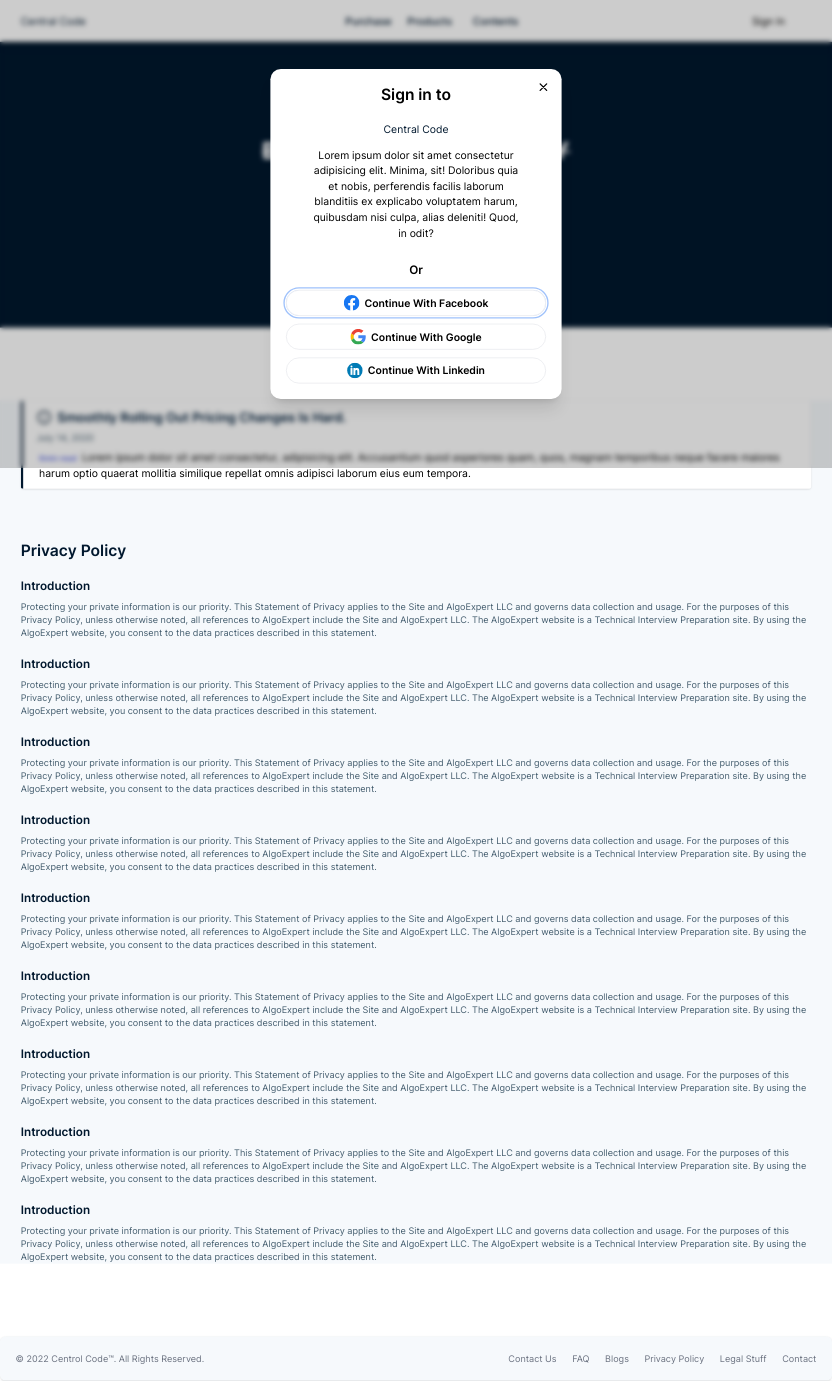
Repository: om1ars/Xjkey
Page: /privacy
These files come from the project's save history. The page is drawn as it stood at one moment and after the next save; the edit follows.
The browser window is 1280 px wide. The pictures show the whole page, at 65% of full size.
The project was rebuilt for these pictures with package versions that can differ from the ones it lists, and the page was loaded fresh each time. The framework's server and built-in components were replaced by stand-ins that run in the browser. Also part of the build but not shown: next.config.js.

Above is the page before, as saved 2022-03-20 23:54:20.

### src/pages/_app.tsx
import "@/css/fonts.css";
// Import Swiper styles
import "swiper/css";
import "swiper/css/free-mode";
import "swiper/css/scrollbar";
import "swiper/css/navigation";
//
import "@/css/main.scss";
import type { AppProps } from "next/app";
import { ThemeProvider } from "next-themes";
import { Header } from "@/components/Header";
import DefaultLayout from "@/layouts/DefaultLayout";
import Head from "next/head";

function MyApp({ Component, pageProps }: AppProps) {
  return (
    <>
      <Head>
        <link
          rel="stylesheet"
          href="https://cdn.jsdelivr.net/gh/devicons/devicon@latest/devicon.min.css"
        />
      </Head>
      <ThemeProvider attribute="class" defaultTheme="system">
        <DefaultLayout>
          <Component {...pageProps} />
        </DefaultLayout>
      </ThemeProvider>
    </>
  );
}

export default MyApp;

### src/pages/_document.tsx
import NextDocument, {
  Html,
  Head,
  Main,
  NextScript,
  DocumentContext,
} from 'next/document';

export default class Document extends NextDocument {
  static async getInitialProps(ctx: DocumentContext) {
    const initialProps = await NextDocument.getInitialProps(ctx);
    return { ...initialProps };
  }

  render() {
    return (
      <Html lang='en' className='dark'>
        <Head>
          <link href='/favicons/site.webmanifest' rel='manifest' />
          <link href='/favicons/favicon.ico' rel='shortcut icon' />
          <link
            href='/favicons/apple-touch-icon.png'
            rel='apple-touch-icon'
            sizes='180x180'
          />
          <link
            href='/favicons/favicon-32x32.png'
            rel='icon'
            sizes='32x32'
            type='image/png'
          />
          <link
            href='/favicons/favicon-16x16.png'
            rel='icon'
            sizes='16x16'
            type='image/png'
          />
          <link
            rel='mask-icon'
            href='/favicons/safari-pinned-tab.svg'
            color='#6366f1'
          />
          <meta content='#ffffff' name='theme-color' />
          <meta content='#ffffff' name='msapplication-TileColor' />
          <meta
            content='/favicons/browserconfig.xml'
            name='msapplication-config'
          />
        </Head>
        <body className='dark:highlight-white/5 bg-neutral-100 text-slate-900 antialiased dark:bg-gray-800 dark:text-white'>
          <Main />
          <NextScript />
        </body>
      </Html>
    );
  }
}

### src/css/fonts.css
@font-face {
  font-family: "Inter var";
  font-weight: 100 900;
  font-display: swap;
  font-style: normal;
  font-named-instance: "Regular";
  src: url("../fonts/Inter-roman-latin.var.woff2") format("woff2");
}

@font-face {
  font-family: "Inter var";
  font-weight: 100 900;
  font-display: swap;
  font-style: italic;
  font-named-instance: "Italic";
  src: url("../fonts/Inter-italic-latin.var.woff2") format("woff2");
}

### src/css/main.scss
@tailwind base;
@tailwind components;
@tailwind utilities;
@import "./flip-card.scss";
@import "node_modules/react-modal-video/scss/modal-video.scss";

@layer base {
  .dark {
    color-scheme: dark;
  }
}

/* styling Swiper default navigations elements */
.swiper-button-next {
  background-color: theme("colors.white");
  height: 40px;
  width: 40px;
  border-radius: 100px;
  box-shadow: theme("boxShadow.lg");
  transition: all;
  transition-duration: 150ms;
}

html.dark .swiper-button-next {
  background-color: theme("colors.mainBg");
}

.swiper-button-next:hover {
  background-color: theme("colors.mainBg");
}

html.dark .swiper-button-next:hover {
  background-color: theme("colors.mainBg");
}

.swiper-button-next::after {
  color: black;
  font-size: 1rem;
  font-weight: bold;
}
html.dark .swiper-button-next::after {
  color: theme("colors.white");
}

.swiper-button-prev {
  background-color: theme("colors.white");
  height: 40px;
  width: 40px;
  border-radius: 100px;
  box-shadow: theme("boxShadow.lg");
  transition: all;
  transition-duration: 150ms;
}

html.dark .swiper-button-prev {
  background-color: theme("colors.mainBg");
}

.swiper-button-prev:hover {
  background-color: theme("colors.mainBg");
}

html.dark .swiper-button-prev:hover {
  background-color: theme("colors.mainBg");
}

.swiper-button-prev::after {
  color: black;
  font-size: 1rem;
  font-weight: bold;
}
html.dark .swiper-button-prev::after {
  color: theme("colors.white");
}

html.dark .swiper-scrollbar {
  background: rgb(255, 255, 255, 0.2);
}
html.dark .swiper-scrollbar-drag {
  background: rgb(255, 255, 255, 0.6);
}
/* end of styling Swiper default navigations elements */

.front_main_drop:hover .front_sub_drop {
  display: block;
}
.back_main_drop:hover .back_sub_drop {
  display: block;
}

::-webkit-scrollbar {
  width: 4px;
}

/* Handle */
::-webkit-scrollbar-thumb {
  background: #626ee3;
  border-radius: 6px;
}

/* Handle on hover */
::-webkit-scrollbar-thumb:hover {
  background: #535DC5;
}

### src/layouts/DefaultLayout.tsx
import Footer from "@/components/Footer";
import { Header } from "@/components/Header";
import React, { FC } from "react";

export default function DefaultLayout({ children }: any) {
  return (
    <div>
      <Header />
      <main>{children}</main>
      <Footer />
    </div>
  );
}

### src/components/HomeComponents/Hero.tsx
import React, { useEffect, useState } from "react";
import Image from "next/image";
import { Transition } from "@headlessui/react";
import { Button, IconButton } from "../Button";

const Hero = ({ title, subtitle, line }: any) => {
  const [showBanner, setShowBanner] = useState(true);
  return (
    <>
      <div className="relative h-[640px] w-full bg-mainBg text-white sm:h-[55vh] md:h-[440px]">
        {/* <Image
          src="/img/corporate.jpg"
          alt="corporate"
          layout="fill"
          objectFit="cover"
        /> */}
        <div className="absolute inset-0 bg-neutral-900/70">
          <div className="mx-auto max-w-screen-lg">
            <div className="m-6 min-h-[60px]">

            </div>
            <div className="mx-4  mt-16 flex flex-col items-center text-center">
              <h1 className={`text-xl font-extrabold uppercase tracking-wide text-white sm:text-4xl md:text-3xl lg:text-4xl ${line && 'line-through	'}`}>
                {title}
              </h1>
              <span className="mt-6 text-xl text-white sm:text-2xl">
                {subtitle}
              </span>

              <div className="mt-8">
                {/* <SearchForm /> */}
              </div>
            </div>
          </div>
        </div>
      </div>
      {/* <HeroBottomCard /> */}
    </>
  );
};

export default Hero;

const HeroInnerBanner: React.FC<{ show: boolean; onClose: () => void }> = ({
  show,
  onClose,
}) => {
  return (
    <Transition
      show={show}
      enter="transition-opacity duration-75"
      enterFrom="opacity-0"
      enterTo="opacity-100"
      leave="transition-opacity duration-150"
      leaveFrom="opacity-100"
      leaveTo="opacity-0"
    >
      <div className="relative rounded bg-gradient-to-r from-purple-500 to-indigo-800 py-3 px-8 text-center text-white shadow-lg md:rounded-full">
        <p>
          Welcome to <span className="font-bold">HIREDLi</span>. An easier and
          faster job discovery platform.
        </p>
        <span className="absolute top-1 right-1 sm:top-2 sm:right-2">
          <IconButton
            aria-label="close banner"
            variant="ghost"
            size="sm"
            onClick={onClose}
          >
            <svg
              className="h-6 w-6"
              fill="none"
              viewBox="0 0 24 24"
              stroke="currentColor"
            >
              <path
                strokeLinecap="round"
                strokeLinejoin="round"
                strokeWidth={2}
                d="M6 18L18 6M6 6l12 12"
              />
            </svg>
          </IconButton>
        </span>
      </div>
    </Transition>
  );
};

const items = [
  "Algorithms adn DSA",
  "Advanced React.js",
  "Interview questions",
];

const SearchForm = () => {
  const [query, setQuery] = useState("");
  const [isDirty, setIsDirty] = useState(false);

  useEffect(() => {
    let index = 0;
    let interval = setInterval(() => {
      if (!isDirty) {
        let value = items[index >= items.length ? (index = 0) : index];
        setQuery(value);
      }
      index++;
    }, 2000);

    return () => {
      clearInterval(interval);
    };
  }, [isDirty]);

  return (
    <form
      className="group"
      onSubmit={(e) => {
        e.preventDefault();
      }}
    >
      <div
        id="form-control"
        className="flex items-center overflow-hidden rounded-full bg-white shadow-md group-focus-within:ring-2 group-focus-within:ring-indigo-400 group-focus-within:ring-offset-2 group-focus-within:ring-offset-transparent"
      >
        <span className="pointer-events-none block px-2 text-textBold group-focus-within:text-textBold">
          <svg
            className="h-6 w-6"
            fill="none"
            viewBox="0 0 24 24"
            stroke="currentColor"
          >
            <path
              strokeLinecap="round"
              strokeLinejoin="round"
              strokeWidth={2}
              d="M21 21l-6-6m2-5a7 7 0 11-14 0 7 7 0 0114 0z"
            />
          </svg>
        </span>
        <input
          className="w-full outline-none border-none appearance-none border-transparent p-2 text-xl leading-6 text-textBold placeholder-textBold focus:border-transparent focus:ring-0"
          type="text"
          aria-label="Search input"
          placeholder="Search for anything"
          onClick={() => {
            if (!isDirty) {
              setIsDirty(true);
              setQuery("");
            }
          }}
          value={query}
          onChange={(e) => setQuery(e.target.value)}
        />
        <button
          type="submit"
          className="hidden h-11 shrink-0  bg-buttonBg px-2 font-semibold text-white transition-colors duration-500 ease-in-out hover:bg-buttonHover sm:block"
        >
          Discover Now
        </button>
      </div>
      <Button size="lg" type="submit" className="mt-8 sm:hidden">
        Discover Now
      </Button>
    </form>
  );
};

### src/css/flip-card.scss
.algo_flip_card_container {
  width: 100%;
  padding: 40px;
  height: 100%;
  background: #02203c;
  //   display: flex;
  justify-content: center;
  align-items: center;
}
.services-box {
  display: flex;
  justify-content: center;
  align-items: center;
  flex-wrap: wrap;
}

.service {
  margin: 8px;
}

.flip-box {
  background-color: transparent;
  width: 300px;
  height: 200px;
  //   border: 1px solid #15314b;
  border-radius: 10px;
  perspective: 1000px;
}

.flip-box-inner {
  position: relative;
  width: 100%;
  height: 100%;
  text-align: center;
  transition: transform 0.4s;
  transform-style: preserve-3d;

  display: flex;
  justify-content: center;
  align-items: center;
}

.flip-box:hover .flip-box-inner {
  transform: rotateY(180deg);
}

.flip-box-front,
.flip-box-back {
  position: absolute;
  width: 100%;
  height: 100%;
  -webkit-backface-visibility: hidden;
  backface-visibility: hidden;

  display: flex;
  justify-content: center;
  align-items: center;
  flex-direction: column;
}

.flip-box-front {
  background-color: #15314b;
  color: white;
  border-radius: 4px;
}


.flip-box-front img {
  height: 50px;
  width: 50px;
}

.flip-box-back {
  background-color: #15314b;
  color: white;
  transform: rotateY(180deg);
  border-radius: 4px;
  padding: 16px;
}

### src/components/Footer.tsx
import Link from "next/link";
import React from "react";

export default function Footer() {
  return (
    <div>
      <footer className="mt-6 rounded-lg bg-whiteBg p-4 shadow dark:bg-gray-800 md:flex md:items-center md:justify-between md:p-6">
        <span className="text-sm text-gray-500 dark:text-gray-400 sm:text-center">
          © 2022{" "}
          <a href="https://flowbite.com" className="hover:underline">
            Centrol Code™
          </a>
          . All Rights Reserved.
        </span>
        <ul className="mt-3 flex flex-wrap items-center text-sm text-gray-500 dark:text-gray-400 sm:mt-0">
          <li>
            <div className="mr-4 hover:underline md:mr-6 ">
              <Link href="/help">Contact Us</Link>
            </div>
          </li>
          <li>
            <div className="mr-4 hover:underline md:mr-6 ">
              <Link href="/help">FAQ</Link>
            </div>
          </li>
          <li>
            <div className="mr-4 hover:underline md:mr-6 ">
              <Link href="/blog">Blogs</Link>
            </div>
          </li>
          <li>
            <a href="#" className="mr-4 hover:underline md:mr-6">
              <Link href="/privacy">Privacy Policy</Link>
            </a>
          </li>
          <li>
            <a href="#" className="mr-4 hover:underline md:mr-6">
              Legal Stuff
            </a>
          </li>
          <li>
            <a href="#" className="hover:underline">
              Contact
            </a>
          </li>
        </ul>
      </footer>
    </div>
  );
}

### src/components/Button/index.tsx
import React, { forwardRef } from "react";
import { __DEV__ } from "@/utils/assertions";

type BaseButtonProps = Omit<React.HTMLProps<HTMLButtonElement>, "size">;

/* === Button Element === */

export interface ButtonProps extends BaseButtonProps {
  children: React.ReactNode;
  fullWidth?: boolean;
  className?: string;
  variant?: "solid" | "outline" | "ghost";
  size?: "sm" | "md" | "lg";
  as?: string;
  isExternal?: boolean;
  type?: "button" | "submit" | "reset";
}

export const Button = forwardRef<HTMLButtonElement, ButtonProps>(
  (
    {
      children,
      variant = "solid",
      size = "md",
      fullWidth = false,
      className,
      as = "button",
      isExternal = false,
      ...rest
    },
    ref
  ) => {
    let tempClassNames: string[] = [];

    const sharedClasses = [
      "capitalize",
      "focus:outline-none",
      "focus:ring-2",
      "focus:ring-sky-400",
      "focus:ring-offset-2",
      "focus:ring-offset-sky-50",
      "font-semibold",
      "rounded-full",
      "inline-flex",
      "flex-shrink-0",
      "items-center",
      "justify-center",
      "transition-colors",
      "ease-in-out",
      "duration-500",
    ];

    if (fullWidth) sharedClasses.push("w-full");

    // handle variants
    let btnSolid = ["bg-sky-600", "hover:bg-sky-700", "text-white"];
    let btnOutline = [
      "dark:text-white",
      "hover:text-sky-700",
      "hover:dark:text-sky-700",
      "bg-transparent",
      "hover:bg-sky-50",
      "border",
      "border-sky-600",
    ];
    let btnGhost = [
      "bg-transparent",
      "dark:text-white",
      "hover:bg-sky-50",
      "hover:text-sky-700",
      "hover:dark:text-sky-700",
    ];

    if (variant === "solid") {
      tempClassNames = [...sharedClasses, ...btnSolid];
    } else if (variant === "outline") {
      tempClassNames = [...sharedClasses, ...btnOutline];
    } else if (variant === "ghost") {
      tempClassNames = [...sharedClasses, ...btnGhost];
    }

    // handle sizes
    let sizeSm = ["h-8", "px-2", "text-sm"];
    let sizeMd = ["h-10", "px-3"];
    let sizeLg = ["h-12", "px-4", "text-lg"];

    if (size === "sm") {
      tempClassNames = [...tempClassNames, ...sizeSm];
    } else if (size === "md") {
      tempClassNames = [...tempClassNames, ...sizeMd];
    } else if (size === "lg") {
      tempClassNames = [...tempClassNames, ...sizeLg];
    }

    let classes = tempClassNames.join(" ");

    let Element = as ? (
      React.createElement(
        as,
        {
          className: `${classes} ${className}`,
          target: isExternal ? "_blank" : undefined,
          rel: isExternal ? "noopener noreferrer" : undefined,
          ref,
          ...rest,
        },
        children
      )
    ) : (
      <button {...rest} className={`${classes} ${className}`} ref={ref}>
        {children}
      </button>
    );

    return Element;
  }
);

if (__DEV__) {
  Button.displayName = "Button";
}

/* === IconButton Element === */

export interface IconButtonProps extends ButtonProps {
  icon?: React.ReactElement;
  "aria-label": string;
}

export const IconButton = forwardRef<HTMLButtonElement, IconButtonProps>(
  (
    {
      children,
      icon,
      className,
      "aria-label": ariaLabel,
      size = "md",
      ...rest
    },
    ref
  ) => {
    let sharedClasses = ["rounded-full", "!px-0"];

    // handle sizes
    let sizeSm = ["w-8"];
    let sizeMd = ["w-10"];
    let sizeLg = ["w-12"];

    if (size === "sm") {
      sharedClasses = [...sharedClasses, ...sizeSm];
    } else if (size === "md") {
      sharedClasses = [...sharedClasses, ...sizeMd];
    } else if (size === "lg") {
      sharedClasses = [...sharedClasses, ...sizeLg];
    }

    /**
     * Passing the icon as prop or children should work
     */
    const element = icon || children;
    const _children = React.isValidElement(element)
      ? React.cloneElement(element as any, {
          "aria-hidden": true,
          focusable: false,
        })
      : null;

    let classes = sharedClasses.join(" ");
    return (
      <Button
      className={`${classes} ${className}`}
        aria-label={ariaLabel}
        size={size}
        {...rest}
        ref={ref}
      >
        {_children}
      </Button>
    );
  }
);

if (__DEV__) {
  IconButton.displayName = "IconButton";
}

### src/components/Logo.tsx
import clsx from "clsx";
import React from "react";

export default function Logo() {
  return (
    <span
      className='text-mainBg'
    >
      Central Code
    </span>
  );
}

### src/utils/assertions.ts
export const __DEV__ = process.env.NODE_ENV !== "production";

Loaded but not shown: tailwind.config.js (40 lines, source omitted); src/components/Header.tsx (386 lines, source omitted); src/pages/privacy.tsx (188 lines, source omitted); src/components/HomeComponents/AuthenticationDialog.tsx (206 lines, source omitted); src/components/ThemeToggle.tsx (220 lines, source omitted)

After the next save:
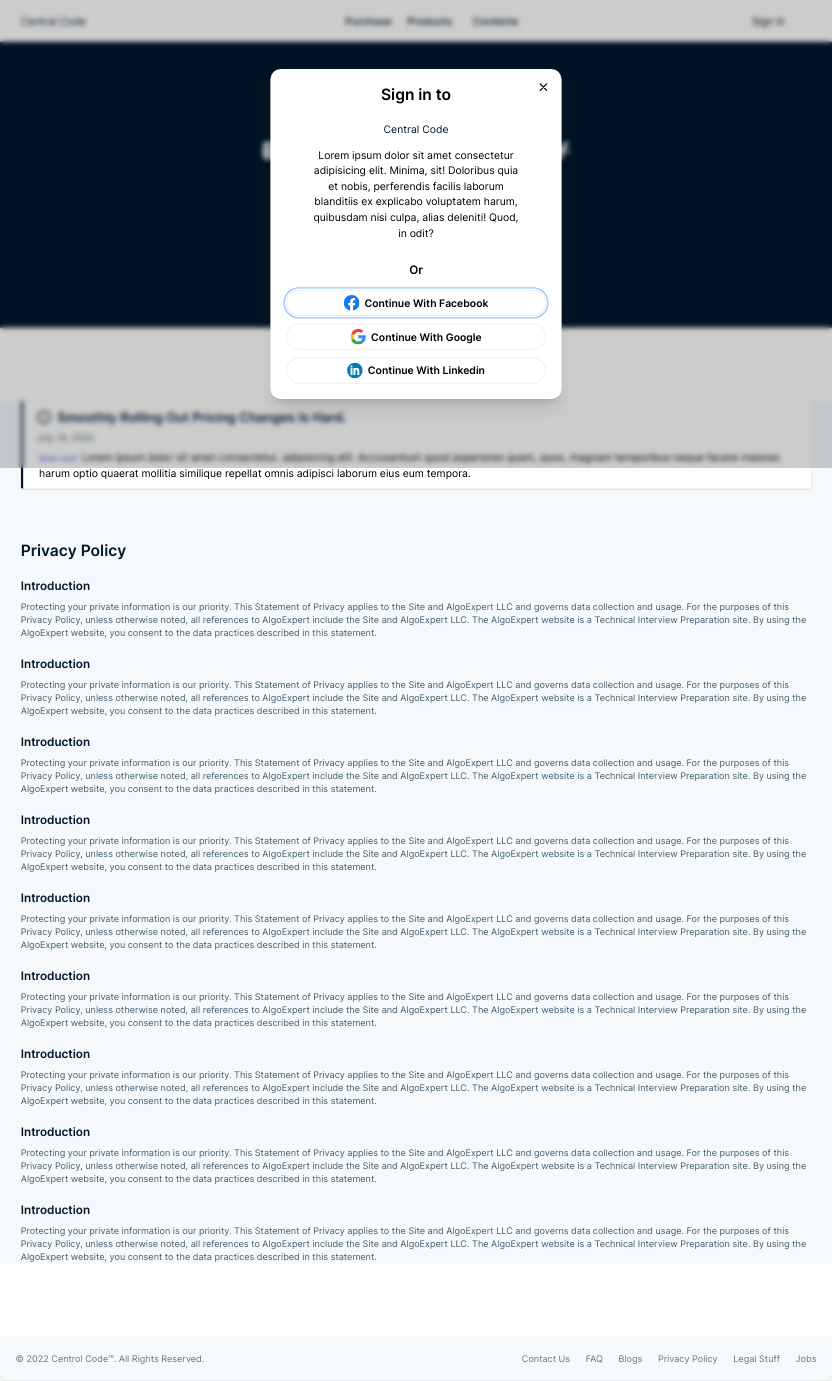
Saved 5 s later.
--- a/src/components/Footer.tsx
+++ b/src/components/Footer.tsx
@@ -40,7 +40,7 @@
           </li>
           <li>
             <a href="#" className="hover:underline">
-              Contact
+              Jobs
             </a>
           </li>
         </ul>
